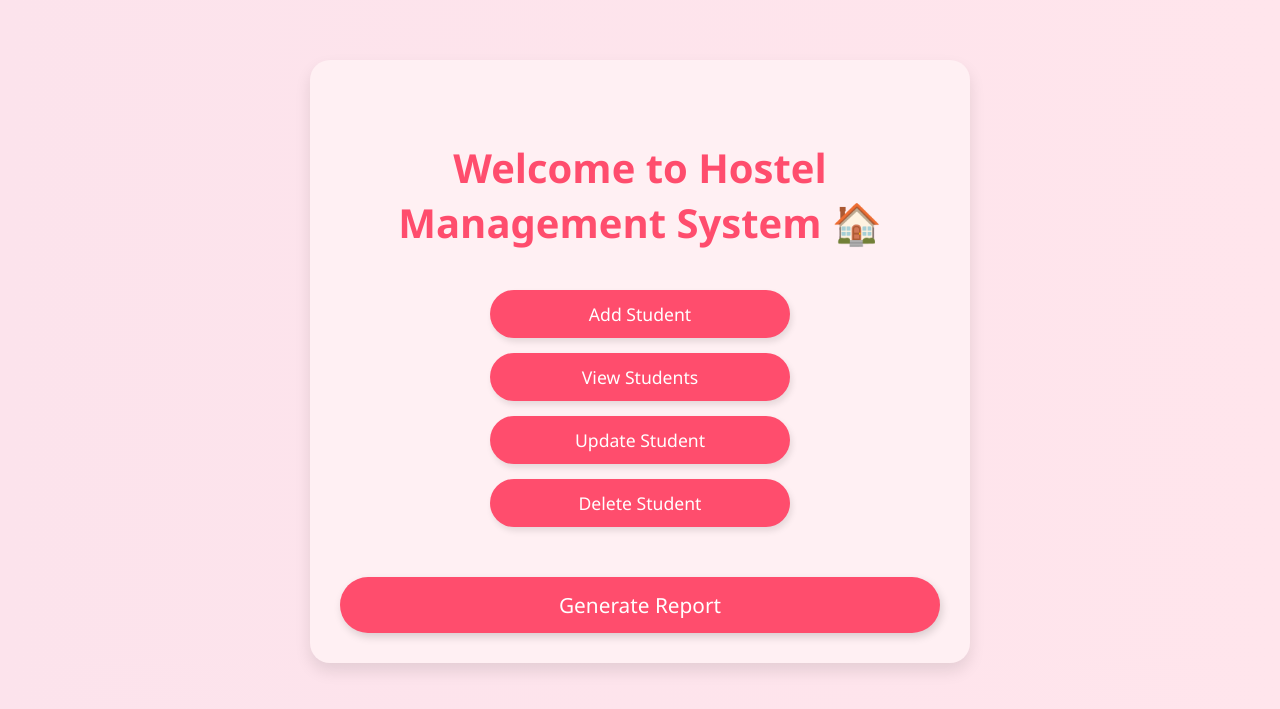
Repository: Keerthana2M/Hostel-Management-system
Page: http://localhost/Hostelweb/
These files come from the project's save history. The page is drawn as it stood at one moment and after the next save; the edit follows.
The browser window is 1280 px wide. The pictures show the whole page.
The page is served by Tomcat 9.

Above is the page before, as saved 2025-05-29 16:50:54.

After the next save:
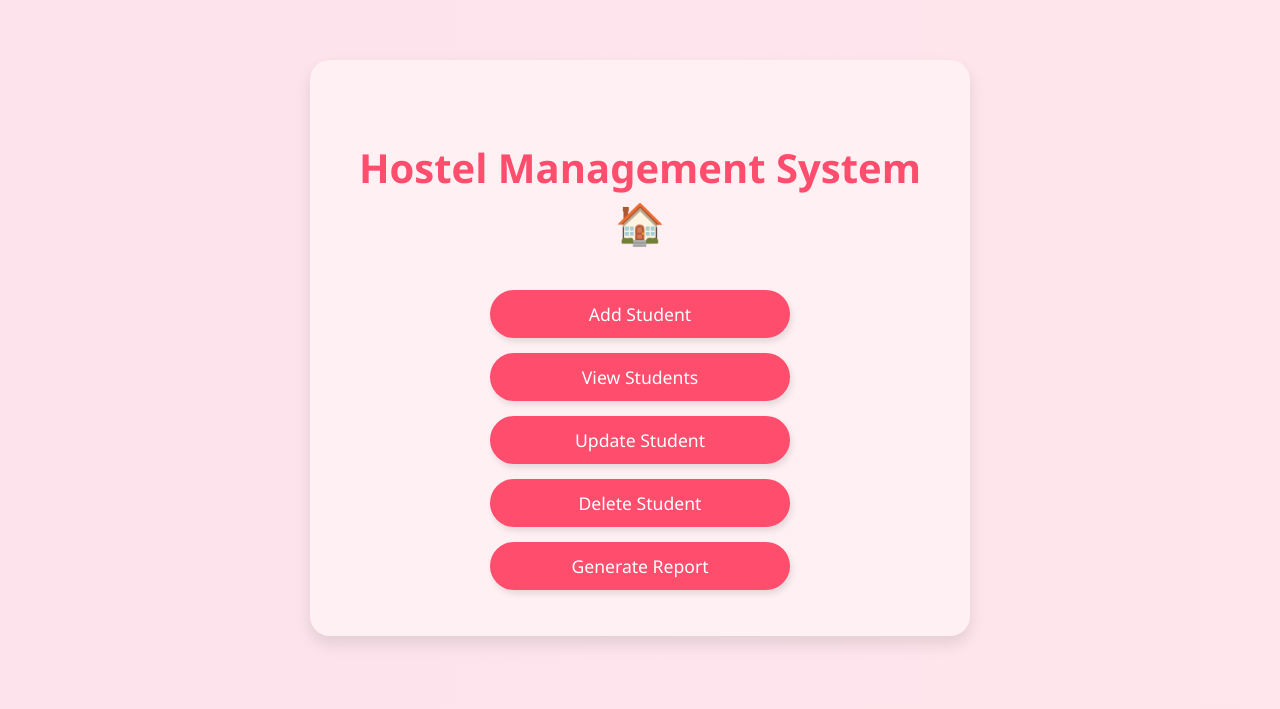
Saved 103 s later.
--- a/Hostelweb/src/main/webapp/index.jsp
+++ b/Hostelweb/src/main/webapp/index.jsp
@@ -89,18 +89,17 @@
 </head>
 <body>
     <div class="container">
-        <h1>Welcome to Hostel Management System 🏠</h1>
+        <h1> Hostel Management System 🏠</h1>
 
         <ul>
             <li><a href="studentadd.jsp">Add Student</a></li>
             <li><a href="DisplayStudentsServlet">View Students</a></li>
             <li><a href="studentupdate.jsp">Update Student</a></li>
             <li><a href="studentdelete.jsp">Delete Student</a></li>
+            <li><a href="ReportCriteriaServlet">Generate Report</a></li>
         </ul>
 
-        <div class="generate-report-container">
-            <a href="ReportCriteriaServlet" class="generate-report-button">Generate Report</a>
-        </div>
+
     </div>
 </body>
 </html>
